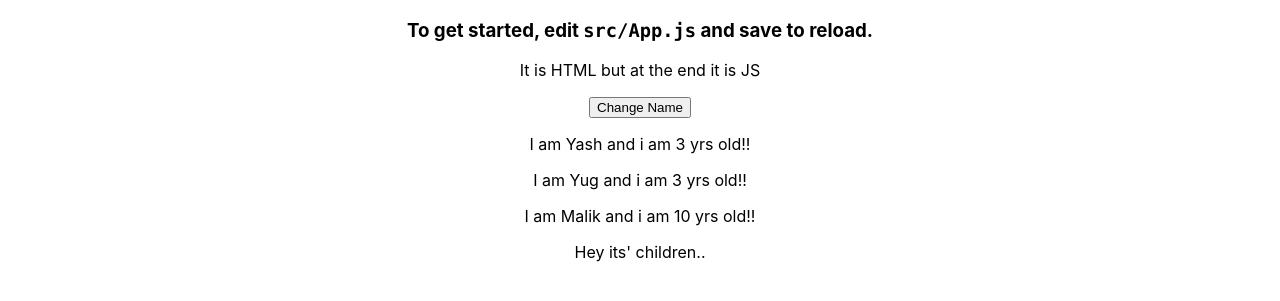
Repository: RohitMalik2/Rohit_react
Page: /
These files come from the project's save history. The page is drawn as it stood at one moment and after the next save; the edit follows.
The browser window is 1280 px wide. The pictures show the whole page.
The project was rebuilt for these pictures with package versions that can differ from the ones it lists, and the page was loaded fresh each time.

Above is the page before, as saved 2019-10-23 00:01:36.

After the next save:
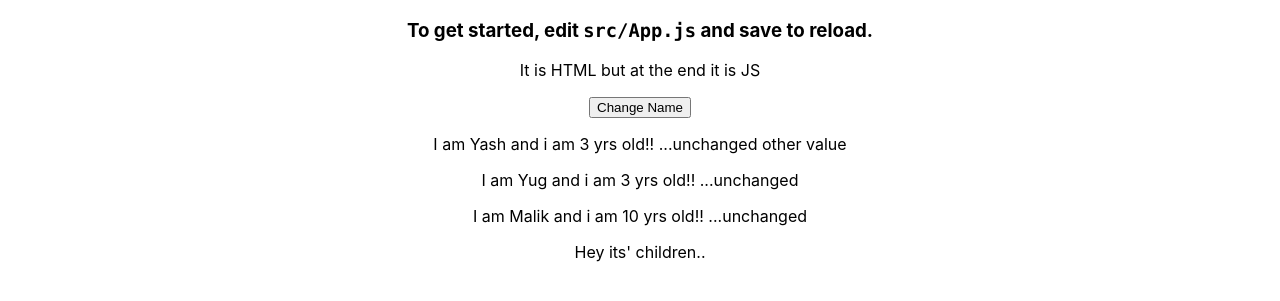
Saved 36 h 6 min later.
--- a/src/App.js
+++ b/src/App.js
@@ -4,14 +4,21 @@ import Person from './Person/Person';
 
 class App extends Component {
   state = {
-    persons : [
-      {name: 'Yash', age: 3},
-      {name: 'Yug', age: 3}
-    ]
+    persons: [
+      { name: 'Yash', age: 3 },
+      { name: 'Yug', age: 3 }
+    ],
+    unChanged: 'other value'
   }
 
   changeNameHandler = () => {
     console.log('name changed');
+    this.setState({
+     persons: [
+        { name: 'Joravar', age: 3 },
+        { name: 'Yug', age: 3 }
+      ]
+    });
   }
 
   render() {
@@ -22,8 +29,8 @@ class App extends Component {
         </h3>
         <p> It is HTML but at the end it is JS</p>
         <button onClick={this.changeNameHandler}>Change Name</button>
-        <Person name={this.state.persons[0].name} age={this.state.persons[0].age}/>
-        <Person name={this.state.persons[1].name} age={this.state.persons[1].age}/>
+        <Person name={this.state.persons[0].name} age={this.state.persons[0].age} other={this.state.unChanged}/>
+        <Person name={this.state.persons[1].name} age={this.state.persons[1].age} />
         <Person name="Malik" age="10">Hey its' children..</Person>
       </div>
     );
--- a/src/Person/Person.js
+++ b/src/Person/Person.js
@@ -4,7 +4,7 @@ import React from 'react'; // We need to import react bcz below JSX is converted
 const person = (props) => {
     return (
        <div>
-       <p>I am {props.name}  and i am {props.age} yrs old!!</p>
+       <p>I am {props.name}  and i am {props.age} yrs old!! ...unchanged {props.other}</p>
         <p>{props.children}</p>
        </div>
     );
